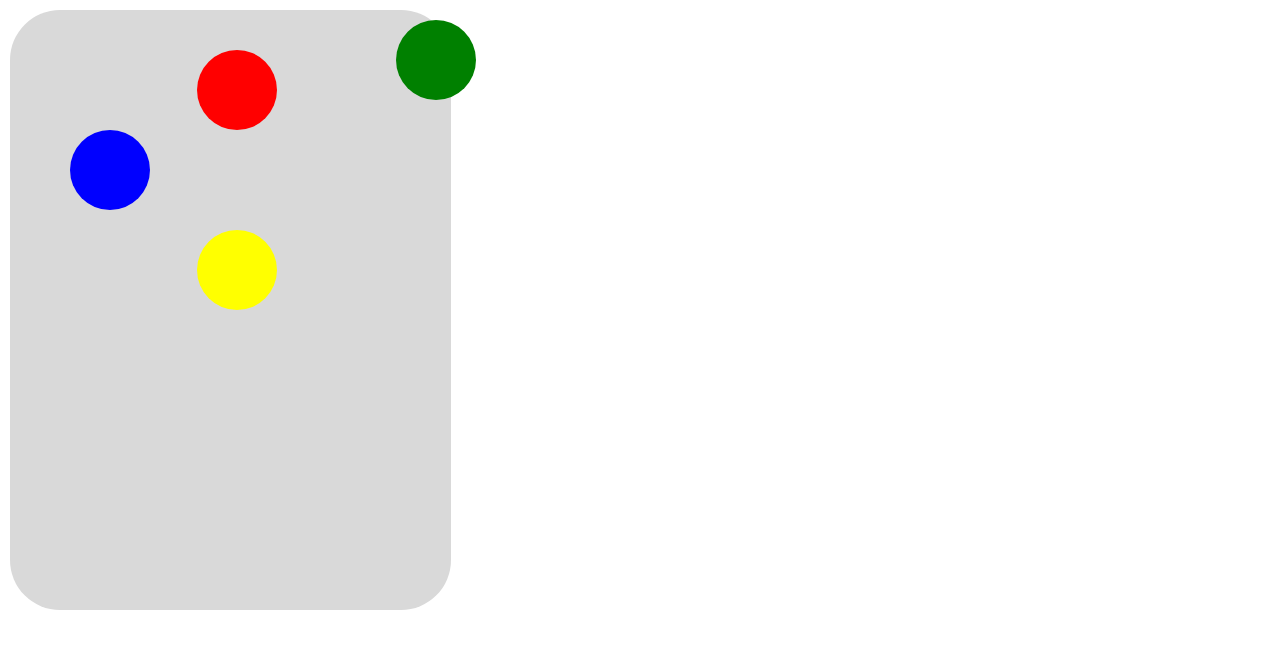
Repository: Code-Institute-Submissions/The-Simon-Game
Page: index.html
The author's editor kept a record of every edit. The page is drawn from the files as they stood at one moment, then again after the next edit.
The browser window is 1280 px wide. The pictures show the whole page.

Above is the page before.

### index.html
<!DOCTYPE html>
<html lang="en">

<head>
    <meta charset="UTF-8">
    <meta name="viewport" content="width=device-width, initial-scale=1.0">
    <meta http-equiv="X-UA-Compatible" content="ie=edge">
    <link rel="stylesheet" href="https://stackpath.bootstrapcdn.com/bootstrap/4.3.1/css/bootstrap.min.css" integrity="sha384-ggOyR0iXCbMQv3Xipma34MD+dH/1fQ784/j6cY/iJTQUOhcWr7x9JvoRxT2MZw1T" crossorigin="anonymous">
    <link rel="stylesheet" href="css/style.css" type="text/css" />
    <title>Simon The Memory Game</title>
</head>

<body>
    <section class="panel">
        <div class="panel-overlay">
            <div class="row">
                <div class="column col-4 col-sm-4">
                    <div class="blue"></div>
                </div>
                <div class="column col-4 col-sm-4">
                    <div class="red"></div>
                    <div class="yellow"></div>
                </div>
                <div class="column col-4 col-sm-4">
                    <div class="green"></div>
                </div>
            </div>
        </div>
    </section>
</body>

</html>

### css/style.css
.panel {
    height: 600px;
    width: 441px;
    margin: 10px;
    margin-left: 10px;
    border-radius: 50px;
    background-color: #d9d9d9;
}

.yellow {
    height: 80px;
    width: 80px;
    margin: 100px;
    margin-left: 30px;
    background-color: yellow;
    border-color: black;
    border-radius: 50px;
    border-width: 10px;
}

.red {
    height: 80px;
    width: 80px;
    margin: 40px;
    margin-left: 30px;
    background-color: red;
    border-color: black;
    border-radius: 50px;
}

.blue {
    height: 80px;
    width: 80px;
    margin: 120px;
    margin-left: 60px;
    background-color: blue;
    border-color: black;
    border-radius: 50px;
}

.green {
    height: 80px;
    width: 80px;
    margin: 10px;
    margin-left: 72px;
    background-color: green;
    border-color: black;
    border-radius: 50px;
}

After the next edit:
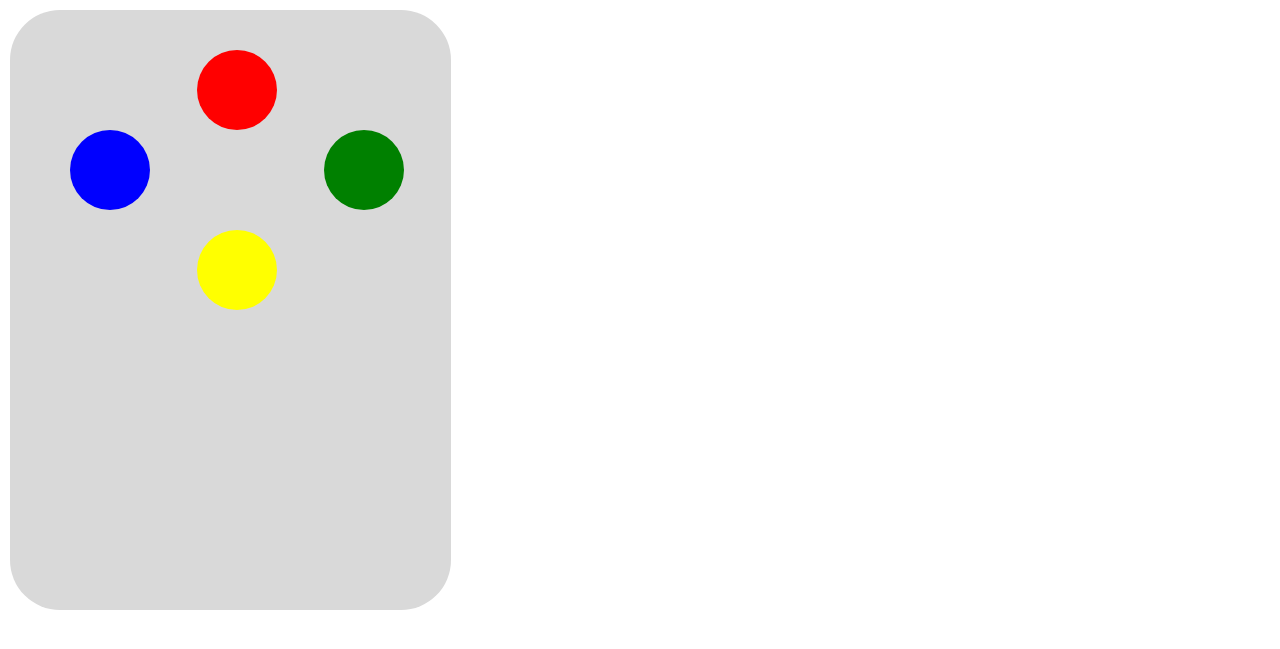
The edit:
--- a/css/style.css
+++ b/css/style.css
@@ -41,8 +41,8 @@
 .green {
     height: 80px;
     width: 80px;
-    margin: 10px;
-    margin-left: 72px;
+    margin: 120px;
+    margin-left: 0;
     background-color: green;
     border-color: black;
     border-radius: 50px;
